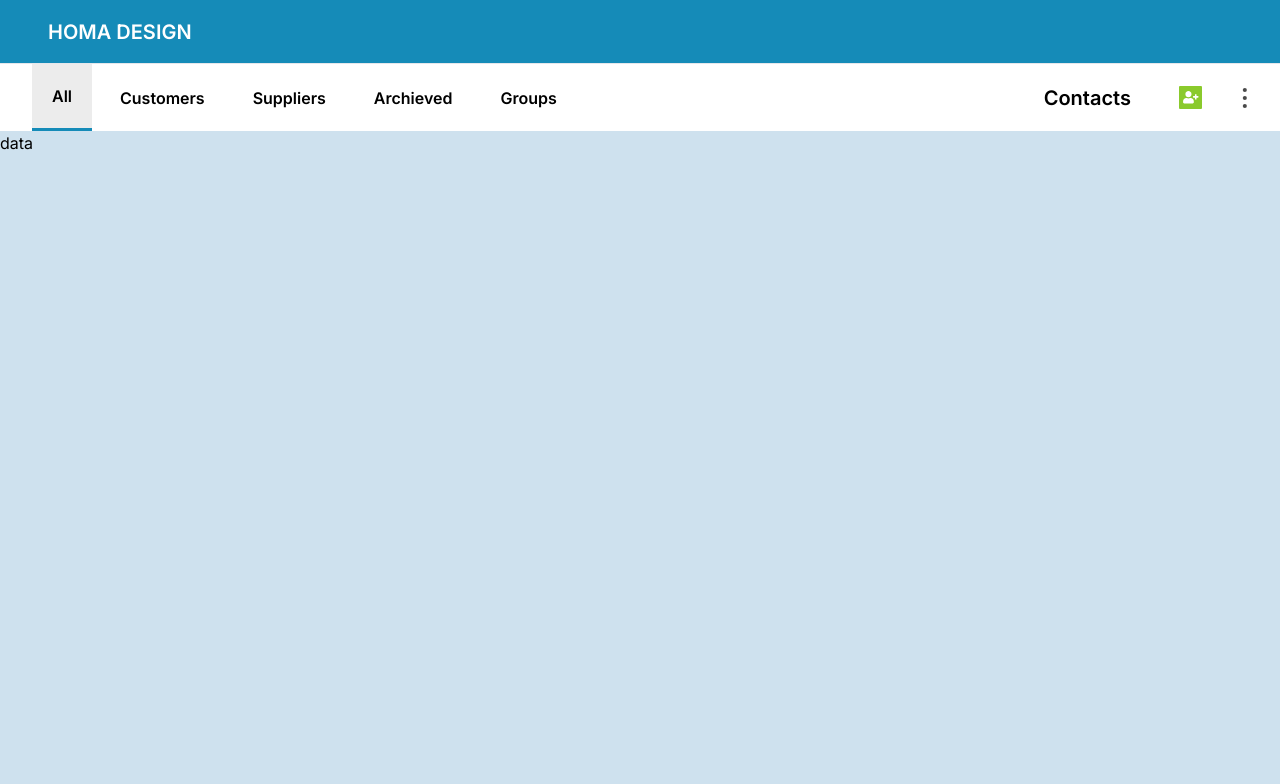
Repository: khairul35/homa-FE
Page: /contact
The author's editor kept a copy of each file at every save. The page is drawn from the files as they stood at one save, then again after the next save.
The browser window is 1280 px wide. The pictures show the whole page.
The project was rebuilt for these pictures with package versions that can differ from the ones it lists, and the page was loaded fresh each time. The framework's server and built-in components were replaced by stand-ins that run in the browser. Also part of the build but not shown: next.config.js, app/components/layout/header/BusinessMenu.tsx, app/components/layout/header/CompanyMenu.tsx.

Above is the page before, as saved 2024-01-06 10:25:09.

### app/layout.tsx
import type { Metadata } from 'next'
import { Inter } from 'next/font/google'
import Header from './components/layout/Header';
import './globals.css'

const inter = Inter({ subsets: ['latin'] })

export const metadata: Metadata = {
  title: 'MyAccount2U',
  description: 'Accounting System',
}

export default function RootLayout({
  children,
}: {
  children: React.ReactNode
}) {
  return (
    <html lang="en">
      <body className={inter.className}>
        <div className='flex flex-col h-screen'>
          <Header />
          {children}
        </div>
      </body>
    </html>
  )
}

### app/contact/page.tsx
'use client';
import { useState } from 'react';
import { ComponentProps } from './index.props';
import Component from './index.component';

const Contact = () => {
    const [currentTab, setCurrentTab] = useState('all');
    const selectedStyle = {
        backgroundColor: '#ECECEC',
        borderBottom: '3px solid #158BB8',
    };

    const onClickAddContact = () => {

    }

    const componentProps: ComponentProps = {
        currentTab,
        selectedStyle,
        setCurrentTab,
        onClickAddContact
    };

    return (<Component {...componentProps} />)
};

export default Contact;

### app/components/layout/Header.tsx
'use client';

import Link from "next/link";
import BusinessMenu from "./header/BusinessMenu";
import CompanyMenu from "./header/CompanyMenu";
import OrganizationRepository from '@/api/organization';
import { useState, useEffect } from "react";
import { Organization } from "./props";
import { CompanyMenuProps } from "./header/props";

const Header = () => {
    const [organization, setOrganization] = useState<Partial<Organization>>({});
    const [organizations, setOrganizations] = useState<Organization[]>([]);

    const findMyOrganization = async () => {
        const { data } = await OrganizationRepository.findMyOrganization();
        setOrganization(data);
    };

    const findMyOrganizations = async () => {
        const { data } = await OrganizationRepository.findMyOrganizations();
        setOrganizations(data);
    };

    useEffect(() => {
        if (localStorage.getItem('isLogin') == 'true') {
            findMyOrganization();
            findMyOrganizations();
        }
    }, []);

    const companyMenuProps: CompanyMenuProps = {
        organizations,
        organization,
    };

    return (
        localStorage.getItem('isLogin') == 'true' ?
        <div
            className="navbar border-b shadow-black-200"
            style={{ backgroundColor: "#158BB8", color: "#fff" }}
        >
            <div className="navbar-start">
                <div className="dropdown">
                    <label tabIndex={0} className="btn -btn-ghost lg:hidden">
                        <svg
                            xmlns="http:www.w3.org/2000/svg"
                            className="h-5 2-5"
                            fill="none"
                            viewBox="0 0 24 24"
                            stroke="currentColor"
                        >
                            <path
                                strokeLinecap="round"
                                strokeLinejoin="round"
                                strokeWidth="2"
                                d="M4 6h16M4 12h8m-8 6h16"
                            />
                        </svg>
                    </label>
                    <ul
                        tabIndex={0}
                        className="menu menu-sm dropdown-content mt-3 z-[1] p-2 shadow bg-base-100 rounded-box w-52">
                        <li>
                            <Link href="/dashboard">Dashboard</Link>
                        </li>
                        <li>
                            <a>Parent</a>
                            <ul className="p-2">
                                <li><a>Submenu 1</a></li>
                                <li><a>Submenu 2</a></li>
                            </ul>
                        </li>
                        <li>
                            <a>Item 3</a>
                        </li>
                    </ul>
                </div>
                <div className="navbar-center hidden lg:flex">
                    <ul className="menu menu-horizontal px-1">
                        <li>
                            <Link href="/dashboard">Dashboard</Link>
                        </li>
                        <li tabIndex={0} style={{ zIndex: 2 }}>
                            <details>
                                <summary>Business</summary>
                                <BusinessMenu />
                            </details>
                        </li>
                        <li>
                            <Link href="/accounting">Accounting</Link>
                        </li>
                        <li>
                            <Link href="/contact">Contact</Link>
                        </li>
                    </ul>
                </div>
            </div>
            <div className="navbar-end">
                <a className="mr-4">
                    <svg xmlns="http://www.w3.org/2000/svg" width="20" height="20" viewBox="0 0 33 34" fill="none">
                        <path d="M16.497 14.3524C15.7961 14.3524 15.2148 13.8266 15.2148 13.1925V8.04214C15.2148 7.40801 15.7961 6.88214 16.497 6.88214C17.1978 6.88214 17.7791 7.40801 17.7791 8.04214V13.1925C17.7791 13.8421 17.1978 14.3524 16.497 14.3524Z" fill="white"/>
                        <path d="M16.5295 29.5566C12.119 29.5566 7.72562 28.9225 3.53739 27.6542C1.98177 27.1902 0.802227 26.1849 0.289383 24.9167C-0.223461 23.6484 -0.0525134 22.1945 0.785132 20.9263L2.95617 17.6473C3.43483 16.9204 3.86219 15.5594 3.86219 14.7087V11.4608C3.86219 5.13491 9.53767 0 16.5295 0C23.5213 0 29.1967 5.13491 29.1967 11.4608V14.7087C29.1967 15.5439 29.6241 16.9204 30.1028 17.6473L32.2738 20.9263C33.0773 22.1327 33.214 23.5711 32.6841 24.8857C32.1541 26.2004 30.9917 27.2057 29.5215 27.6542C25.3333 28.938 20.9399 29.5566 16.5295 29.5566ZM16.5295 2.33546C10.9565 2.33546 6.42641 6.43411 6.42641 11.4762V14.7242C6.42641 15.977 5.87938 17.7865 5.1614 18.8537L2.99036 22.1481C2.5459 22.8132 2.44333 23.5247 2.69975 24.1433C2.95617 24.762 3.53739 25.226 4.35794 25.4734C12.2215 27.8398 20.8716 27.8398 28.7352 25.4734C29.4703 25.2569 30.0344 24.762 30.2908 24.1124C30.5643 23.4628 30.4788 22.7513 30.0857 22.1481L27.9146 18.8692C27.1966 17.802 26.6496 15.9924 26.6496 14.7396V11.4917C26.6325 6.43411 22.1024 2.33546 16.5295 2.33546Z" fill="white"/>
                        <path d="M16.4942 33.5C14.665 33.5 12.8701 32.8195 11.5709 31.644C10.2717 30.4686 9.51953 28.8446 9.51953 27.1896H12.0838C12.0838 28.2414 12.5624 29.2622 13.3829 30.0046C14.2035 30.747 15.3317 31.18 16.4942 31.18C18.9216 31.18 20.9046 29.3859 20.9046 27.1896H23.4689C23.4689 30.6696 20.3405 33.5 16.4942 33.5Z" fill="white"/>
                    </svg>
                </a>
                <a className="mr-4">
                    <svg xmlns="http://www.w3.org/2000/svg" width="20" height="20" viewBox="0 0 34 36" fill="none">
                        <path d="M2 16.9625C2 8.69375 8.375 2 16.25 2" stroke="white" strokeWidth="3.17336" strokeLinecap="round" strokeLinejoin="round"/>
                        <path d="M30.502 16.9625C30.502 25.2312 24.127 31.925 16.252 31.925C10.642 31.925 5.78203 28.523 3.45703 23.5617" stroke="white" strokeWidth="3.17336" strokeLinecap="round" strokeLinejoin="round"/>
                        <path d="M20 6.72504H29" stroke="white" strokeWidth="3.17336" strokeLinecap="round" strokeLinejoin="round"/>
                        <path d="M20 11.45H24.5" stroke="white" strokeWidth="3.17336" strokeLinecap="round" strokeLinejoin="round"/>
                        <path d="M32 33.5L29 30.35" stroke="white" strokeWidth="3.17336" strokeLinecap="round" strokeLinejoin="round"/>
                    </svg>
                </a>
                <a className="mr-4">
                    <svg xmlns="http://www.w3.org/2000/svg" width="20" height="20" viewBox="0 0 34 34" fill="none">
                        <path d="M24.135 0H9.88192C3.69084 0 0 3.689 0 9.877V24.106C0 30.311 3.69084 34 9.88192 34H24.118C30.3091 34 33.9999 30.311 33.9999 24.123V9.877C34.0169 3.689 30.3261 0 24.135 0ZM27.2136 18.275H18.2841V27.2C18.2841 27.897 17.7058 28.475 17.0085 28.475C16.3111 28.475 15.7328 27.897 15.7328 27.2V18.275H6.80339C6.10604 18.275 5.52775 17.697 5.52775 17C5.52775 16.303 6.10604 15.725 6.80339 15.725H15.7328V6.8C15.7328 6.103 16.3111 5.525 17.0085 5.525C17.7058 5.525 18.2841 6.103 18.2841 6.8V15.725H27.2136C27.9109 15.725 28.4892 16.303 28.4892 17C28.4892 17.697 27.9109 18.275 27.2136 18.275Z" fill="white"/>
                    </svg>
                </a>
                <a className="mr-4">
                    <svg xmlns="http://www.w3.org/2000/svg" width="20" height="20" viewBox="0 0 49 50" fill="none">
                        <path d="M31.1171 15.8919C31.6121 16.9039 31.9046 18.0539 31.9046 19.2729C31.8821 23.3439 28.7546 26.6789 24.7946 26.7939C24.6371 26.7709 24.4346 26.7709 24.2546 26.7939C20.2946 26.6559 17.1445 23.3439 17.1445 19.2729C17.1445 15.1099 20.4296 11.7289 24.5246 11.7289" stroke="white" strokeWidth="3" strokeLinecap="round" strokeLinejoin="round"/>
                        <path d="M39.666 41.974C35.661 45.7229 30.351 47.9999 24.501 47.9999C18.6509 47.9999 13.3409 45.7229 9.33594 41.974C9.56094 39.812 10.9109 37.696 13.3184 36.04C19.4834 31.854 29.5635 31.854 35.6835 36.04C38.091 37.696 39.441 39.812 39.666 41.974Z" stroke="white" strokeWidth="3" strokeLinecap="round" strokeLinejoin="round"/>
                        <path d="M6.5 11.2C3.6875 15.0409 2 19.8249 2 24.9999C2 37.6958 12.08 47.9998 24.5 47.9998C36.92 47.9998 47 37.6958 47 24.9999C47 12.3039 36.92 2 24.5 2C21.2825 2 18.2 2.69 15.4325 3.95499" stroke="white" strokeWidth="3" strokeLinecap="round" strokeLinejoin="round"/>
                    </svg>
                </a>
                    <ul className="menu menu-horizontal px-1">
                        <li tabIndex={0} style={{ borderRadius: '5px', background: '#0E3265', zIndex: 2 }}>
                            <details>
                                <summary>
                                    {organization.name}
                                </summary>
                                <CompanyMenu {...companyMenuProps} />
                            </details>
                        </li>
                    </ul>
            </div>
        </div>
        :
        <div
            className="navbar border-b shadow-black-200"
            style={{ backgroundColor: "#158BB8", color: "#fff" }}
        >
            <h2 className="text-xl font-semibold pl-10">HOMA DESIGN</h2>
        </div>
    )
};

export default Header;

### app/contact/index.component.tsx
import { ComponentProps } from "./index.props";

const Component = (props: ComponentProps) => {
    const {
        currentTab,
        selectedStyle,
        onClickAddContact,
        setCurrentTab,
    } = props;

    return (
        (
            <main className="flex min-h-screen flex-col justify-between bg-bg-color">
                <div>
                    <div className="bg-white">
                        <div className="flex items-center justify-between px-4 sm:px-6 md:px-8">
                            <div className="flex items-center space-x-2">
                                <span
                                    className="hidden sm:inline font-semibold p-5 cursor-pointer"
                                    style={currentTab == 'all' ? selectedStyle : undefined }
                                    onClick={() => setCurrentTab('all')}
                                >
                                    All
                                </span>
                                <span
                                    className="hidden sm:inline font-semibold p-5 cursor-pointer"
                                    style={currentTab == 'customers' ? selectedStyle : undefined }
                                    onClick={() => setCurrentTab('customers')}
                                >
                                    Customers
                                </span>
                                <span
                                    className="hidden sm:inline font-semibold p-5 cursor-pointer"
                                    style={currentTab == 'suppliers' ? selectedStyle : undefined }
                                    onClick={() => setCurrentTab('suppliers')}
                                >
                                    Suppliers
                                </span>
                                <span
                                    className="hidden sm:inline font-semibold p-5 cursor-pointer"
                                    style={currentTab == 'archieved' ? selectedStyle : undefined }
                                    onClick={() => setCurrentTab('archieved')}
                                >
                                    Archieved
                                </span>
                                <span
                                    className="hidden sm:inline font-semibold p-5 cursor-pointer"
                                    style={currentTab == 'groups' ? selectedStyle : undefined }
                                    onClick={() => setCurrentTab('groups')}
                                >
                                    Groups
                                </span>
                            </div>
                            <div className="flex items-center">
                                <h2 className="hidden sm:block text-xl font-semibold">
                                    Contacts
                                </h2>
                                <div className="flex items-center ml-2">
                                    <span className="pl-10">
                                        <svg xmlns="http://www.w3.org/2000/svg" width="23" height="23" viewBox="0 0 45 45" fill="none">
                                            <rect width="45" height="45" rx="2" fill="#8ACA2C"/>
                                            <path d="M37.25 19.75H34.25V16.75C34.25 16.3375 33.9125 16 33.5 16H32C31.5875 16 31.25 16.3375 31.25 16.75V19.75H28.25C27.8375 19.75 27.5 20.0875 27.5 20.5V22C27.5 22.4125 27.8375 22.75 28.25 22.75H31.25V25.75C31.25 26.1625 31.5875 26.5 32 26.5H33.5C33.9125 26.5 34.25 26.1625 34.25 25.75V22.75H37.25C37.6625 22.75 38 22.4125 38 22V20.5C38 20.0875 37.6625 19.75 37.25 19.75ZM18.5 22C21.8141 22 24.5 19.3141 24.5 16C24.5 12.6859 21.8141 10 18.5 10C15.1859 10 12.5 12.6859 12.5 16C12.5 19.3141 15.1859 22 18.5 22ZM22.7 23.5H21.9172C20.8766 23.9781 19.7188 24.25 18.5 24.25C17.2812 24.25 16.1281 23.9781 15.0828 23.5H14.3C10.8219 23.5 8 26.3219 8 29.8V31.75C8 32.9922 9.00781 34 10.25 34H26.75C27.9922 34 29 32.9922 29 31.75V29.8C29 26.3219 26.1781 23.5 22.7 23.5Z" fill="white"/>
                                        </svg>
                                    </span>
                                    <span className="pl-10">
                                        <svg xmlns="http://www.w3.org/2000/svg" width="6" height="20" viewBox="0 0 6 27" fill="none">
                                            <circle cx="2.75704" cy="2.75704" r="2.75704" fill="#494949"/>
                                            <circle cx="2.75704" cy="13.5002" r="2.75704" fill="#494949"/>
                                            <circle cx="2.75704" cy="24.2429" r="2.75704" fill="#494949"/>
                                        </svg>
                                    </span>
                                </div>
</div>

                        </div>
                    </div>
                    <div>
                        data
                    </div>
                </div>
            </main>
        )
    )
};

export default Component;

### api/organization/index.ts
import repository from "../repository";
import { CreateOrganizationProps, UpdateOrganizationProps } from "./props";

const resource = '/api/organization';

const api = {
    findMyOrganization() {
        return repository.get(`${resource}/me`);
    },
    findMyOrganizations() {
        return repository.get(`${resource}/me/all`);
    },
    createOrganization(body: CreateOrganizationProps) {
        return repository.post(`${resource}`, body);
    },
    updateOrganization(body: UpdateOrganizationProps) {
        return repository.put(`${resource}`, body);
    },
    updateCurrentOrganization(organizationId: number) {
        return repository.put(`${resource}/current-organization/${organizationId}`);
    },
};

export default api;

### api/repository.ts
import axios from 'axios';
import AuthRepository from './auth';

const repository = axios.create({
    baseURL: 'http://localhost:3000',
});

// Request interceptor to add Bearer token to outgoing requests
repository.interceptors.request.use(
    (config) => {
        const accessToken = localStorage.getItem('accessToken');
        if (accessToken) {
            config.headers.Authorization = `Bearer ${accessToken}`;
        }
        return config;
    },
    (error) => {
        return Promise.reject(error);
    }
);

let isRefreshing = false;
let failedQueue: any = [];

// Function to refresh the session and retry failed requests
async function retryFailedRequests(error: any) {
    if (isRefreshing) {
        try {
            const { data } = await AuthRepository.refreshToken();
            localStorage.setItem('accessToken', data.accessToken);
            localStorage.setItem('refreshToken', data.refreshToken);
            localStorage.setItem('isLogin', 'true');
            failedQueue.forEach((prom: any) => {
                prom.resolve(repository(prom.originalRequest));
            });
            failedQueue = [];
        } catch (error) {
            localStorage.setItem('isLogin', 'false');
            window.location.href = '/login';
            failedQueue.forEach((prom: any) => {
                prom.reject(error);
            });
            failedQueue = [];
        } finally {
            isRefreshing = false;
        }
    }
}

// Response interceptor to handle failed requests due to expired tokens
repository.interceptors.response.use(
    (response) => response,
    async (error) => {
        const {
            config,
            response: { status },
        } = error;

        if (status === 401) {
            const originalRequest = config;
            if (!isRefreshing) {
                isRefreshing = true;
                return new Promise((resolve, reject) => {
                    failedQueue.push({ resolve, reject, originalRequest });
                    retryFailedRequests(error);
                }).then((res) => {
                    return res;
                }).catch((err) => {
                    return Promise.reject(err);
                });
            } else {
                return new Promise((resolve, reject) => {
                    failedQueue.push({ resolve, reject, originalRequest });
                }).then((res) => {
                    return res;
                }).catch((err) => {
                    return Promise.reject(err);
                });
            }
        }
        return Promise.reject(error.response);
    }
);

export default repository;

### api/auth.ts
import repository from "./repository";

const resource = "/api/auth";

const api = {
    login(username: string, password: string) {
        return repository.post(
            `${resource}/login`,
            { username, password },
        );
    },
    refreshToken() {
        return repository.post(
            `${resource}/refreshToken`,
            { refreshToken: localStorage.getItem('refreshToken') },
        );
    },
    logout() {
        return repository.post(`${resource}/logout`);
    },
    logoutAllDevice() {
        return repository.post(`${resource}/logout/all-device`);
    },
};

export default api;

### tailwind.config.ts
import type { Config } from 'tailwindcss'

const config: Config = {
  content: [
    './pages/**/*.{js,ts,jsx,tsx,mdx}',
    './components/**/*.{js,ts,jsx,tsx,mdx}',
    './app/**/*.{js,ts,jsx,tsx,mdx}',
  ],
  theme: {
    extend: {
      backgroundImage: {
        'gradient-radial': 'radial-gradient(var(--tw-gradient-stops))',
        'gradient-conic':
          'conic-gradient(from 180deg at 50% 50%, var(--tw-gradient-stops))',
      },
      backgroundColor: {
        'bg-color': '#CEE1EE', // Define a custom background color class
      },
      button: {
        'primary': '#158BB8',
      },
      fontWeight: {
        'label': '600',
      },
    },
  },
  plugins: [require("daisyui")],
  daisyui: {
    themes: [
      {
        mytheme: {
          "primary": "#158BB8",
          "secondary": "#d926a9",
          "accent": "#1fb2a6",
          "neutral": "#2a323c",
          "base-100": "#1d232a",
          "info": "#3abff8",
          "success": "#36d399",
          "warning": "#fbbd23",
          "error": "#f87272",
        },
      },
    ],
  },
}
export default config

Loaded but not shown: app/globals.css (common file)

After the next save:
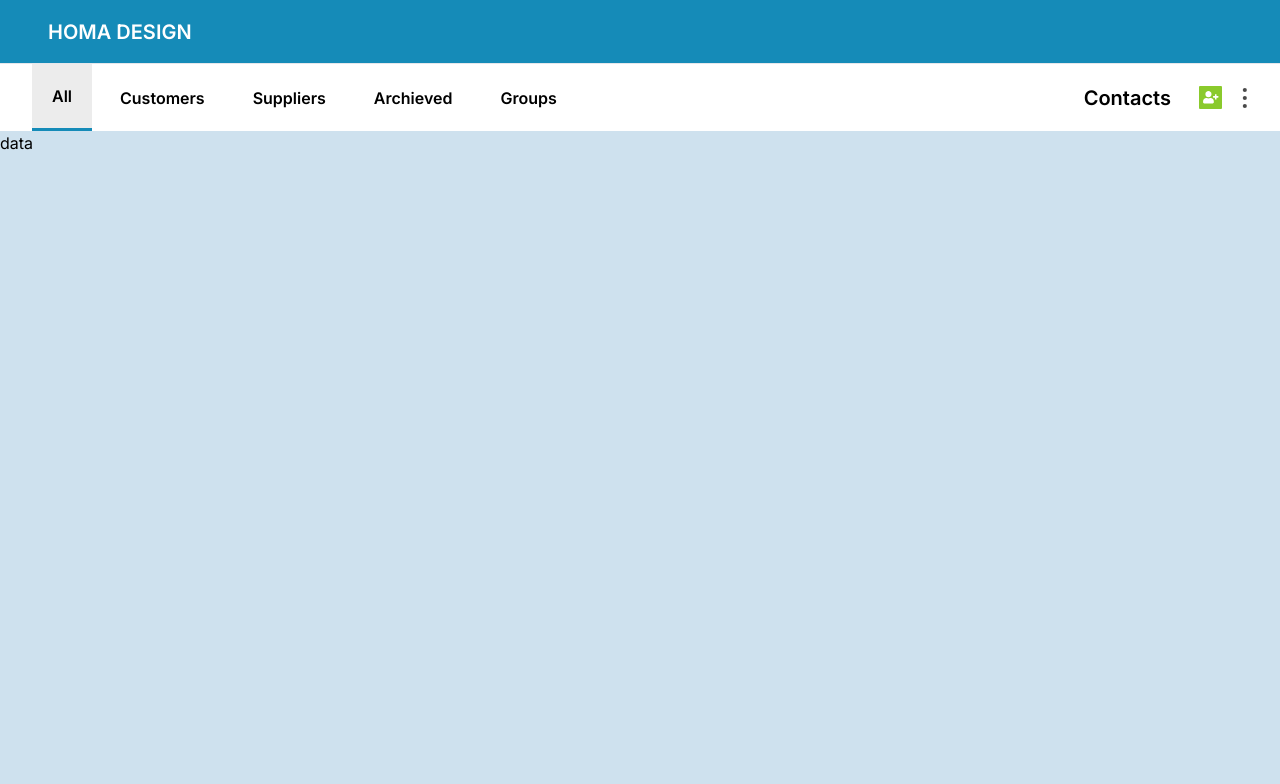
Saved 9 s later.
--- a/app/contact/index.component.tsx
+++ b/app/contact/index.component.tsx
@@ -56,13 +56,13 @@ const Component = (props: ComponentProps) => {
                                     Contacts
                                 </h2>
                                 <div className="flex items-center ml-2">
-                                    <span className="pl-10">
+                                    <span className="pl-5">
                                         <svg xmlns="http://www.w3.org/2000/svg" width="23" height="23" viewBox="0 0 45 45" fill="none">
                                             <rect width="45" height="45" rx="2" fill="#8ACA2C"/>
                                             <path d="M37.25 19.75H34.25V16.75C34.25 16.3375 33.9125 16 33.5 16H32C31.5875 16 31.25 16.3375 31.25 16.75V19.75H28.25C27.8375 19.75 27.5 20.0875 27.5 20.5V22C27.5 22.4125 27.8375 22.75 28.25 22.75H31.25V25.75C31.25 26.1625 31.5875 26.5 32 26.5H33.5C33.9125 26.5 34.25 26.1625 34.25 25.75V22.75H37.25C37.6625 22.75 38 22.4125 38 22V20.5C38 20.0875 37.6625 19.75 37.25 19.75ZM18.5 22C21.8141 22 24.5 19.3141 24.5 16C24.5 12.6859 21.8141 10 18.5 10C15.1859 10 12.5 12.6859 12.5 16C12.5 19.3141 15.1859 22 18.5 22ZM22.7 23.5H21.9172C20.8766 23.9781 19.7188 24.25 18.5 24.25C17.2812 24.25 16.1281 23.9781 15.0828 23.5H14.3C10.8219 23.5 8 26.3219 8 29.8V31.75C8 32.9922 9.00781 34 10.25 34H26.75C27.9922 34 29 32.9922 29 31.75V29.8C29 26.3219 26.1781 23.5 22.7 23.5Z" fill="white"/>
                                         </svg>
                                     </span>
-                                    <span className="pl-10">
+                                    <span className="pl-5">
                                         <svg xmlns="http://www.w3.org/2000/svg" width="6" height="20" viewBox="0 0 6 27" fill="none">
                                             <circle cx="2.75704" cy="2.75704" r="2.75704" fill="#494949"/>
                                             <circle cx="2.75704" cy="13.5002" r="2.75704" fill="#494949"/>
